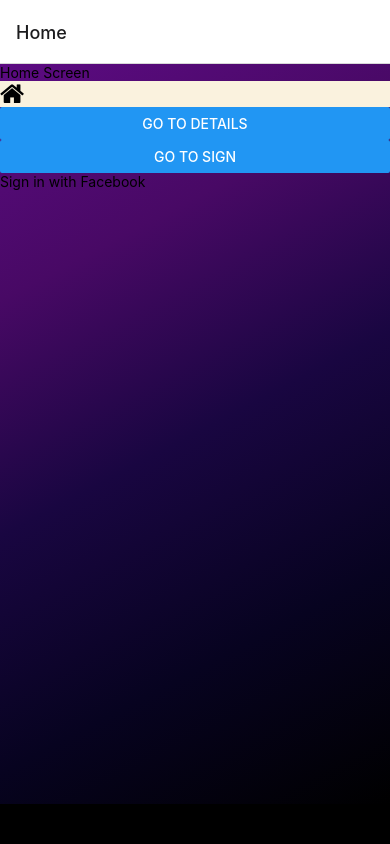
Repository: eyebone/barManager
Screen: /
The author's editor kept a copy of each file at every save. The screen is drawn from the files as they stood at one save, then again after the next save.
The app was drawn by React Native's web renderer in a window 390 px wide. The project was rebuilt for these pictures with package versions that can differ from the ones it lists, and the page was loaded fresh each time. Some packages were replaced by stand-ins written for this rebuild. Also part of the build but not shown: components/EmojiPicker.js, components/Button.js, components/ImageViewer.js, components/circleButton.js, components/IconButton.js, view/ViewOne.js, view/Sign.js.

Above is the screen before, as saved 2023-06-26 15:03:33.

After the next save:
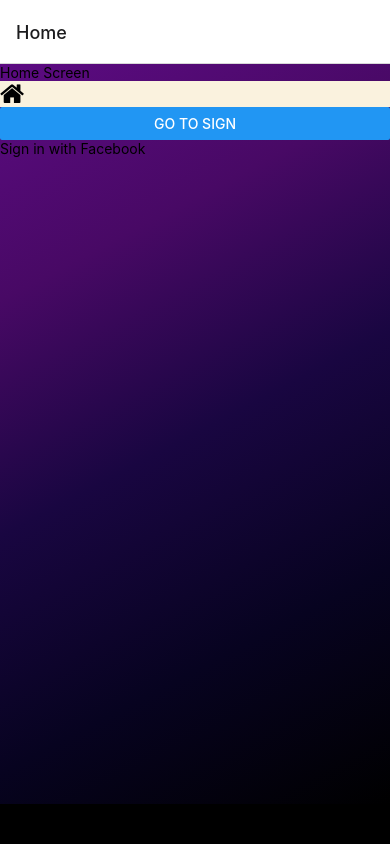
Saved 11 s later.
--- a/App.js
+++ b/App.js
@@ -26,10 +26,6 @@ function HomeScreen({ navigation }) {
         >
           <FontAwesome name="home" size={26} />
         </Pressable>
-        <Button
-          title="Go to Details"
-          onPress={() => navigation.navigate("test")}
-        />
 
         <Button
           title="Go to Sign"
